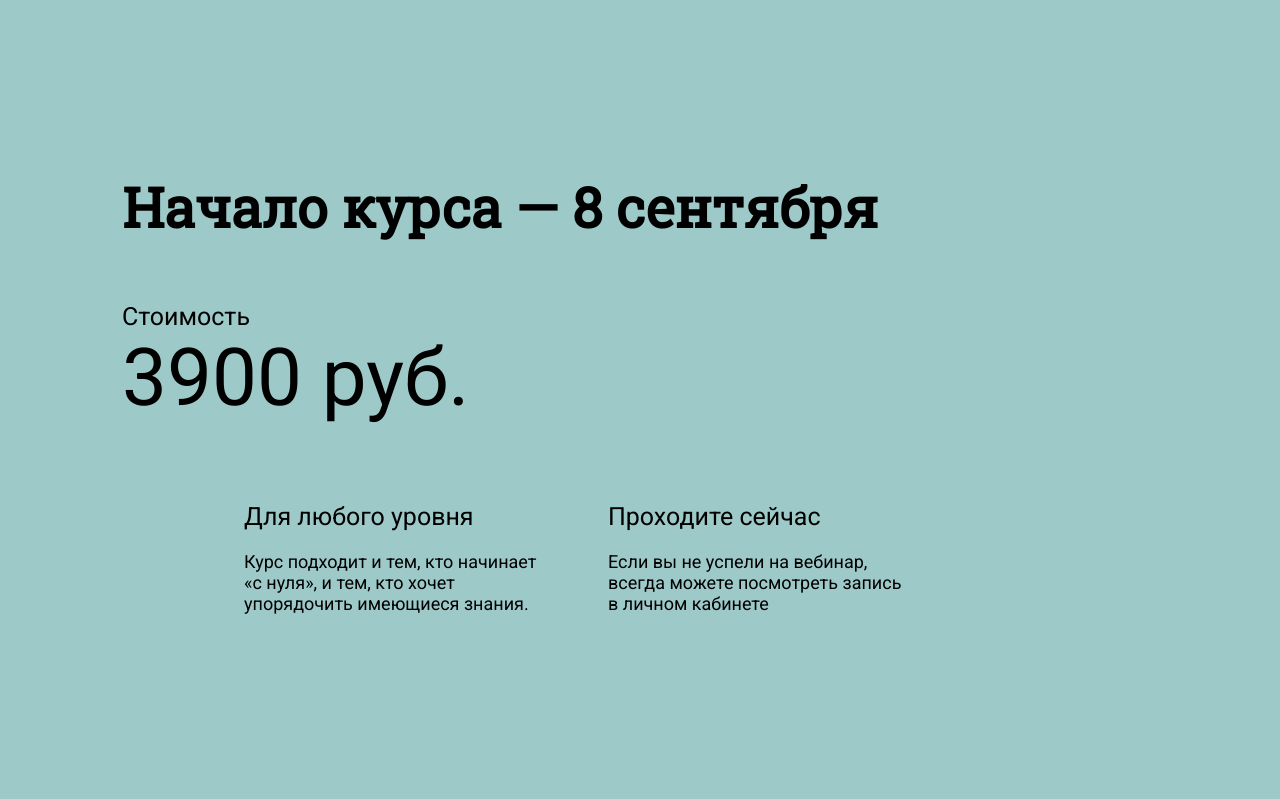
Repository: NatiqSamiyev/fiqma-task3
Page: index.html
These files come from the project's save history. The page is drawn as it stood at one moment and after the next save; the edit follows.
The browser window is 1280 px wide. The pictures show the whole page.

Above is the page before, as saved 2023-08-09 13:19:57.

### index.html
<!DOCTYPE html>
<html lang="en">
  <head>
    <meta charset="UTF-8" />
    <meta name="viewport" content="width=device-width, initial-scale=1.0" />
    <link rel="stylesheet" href="index.css" />
    <title>Document</title>
  </head>
  <body>
    <div class="container">
      <h1>Начало курса — 8 сентября</h1>
      <h2>Стоимость</h2>
      <h3>3900 руб.</h3>
      <ul>
        <li>
          <h5>Для любого уровня</h5>
          <p>
            Курс подходит и тем, кто начинает «с нуля», и тем, кто хочет
            упорядочить имеющиеся знания.
          </p>
        </li>

        <li>
          <h5>Проходите сейчас</h5>
          <p>
            Если вы не успели на вебинар, всегда можете посмотреть запись в
            личном кабинете
          </p>
        </li>
      </ul>

    </div>
  </body>
</html>

### index.css
@import url("https://fonts.googleapis.com/css2?family=Roboto+Slab&family=Roboto:wght@400;700&display=swap");
* {
  margin: 0;
  padding: 0;
  box-sizing: border-box;
}

.container {
  width: 100%;
  min-height: 100vh;
  padding: 179px 0 185px 122px;
  background: #9dc9c8;
}

.container h1 {
  /* padding: 179px 410px 0 122px; */
  margin-bottom: 69px;
  color: #000;
  font-family: Roboto Slab;
  font-size: 55px;
  font-style: normal;
  font-weight: 700;
  line-height: 101.385%;
}

.container h2 {
  /* padding: 69px 1148px 0 122px; */
  margin-bottom: 9px;
  color: #000;
  font-family: Roboto;
  font-size: 25px;
  font-style: normal;
  font-weight: 400;
  line-height: 101.385%;
}

.container h3 {
  /* padding: 9px 837px 0 122px; */
  color: #000;
  font-family: Roboto;
  font-size: 80px;
  font-style: normal;
  font-weight: 400;
  line-height: 101.385%;
}

.container ul {
  padding-left: 122px;
  display: flex;
  text-decoration: none;
}

.container ul li {
  padding: 83px 70px 0 0px;
  list-style-type: none;
}

.container h5 {
  padding-bottom: 20px;
  font-family: Roboto;
  font-size: 25px;
  font-style: normal;
  font-weight: 400;
}

.container p {
  width: 294px;
  font-family: Roboto;
  font-size: 18px;
  font-style: normal;
  font-weight: 400;
}

After the next save:
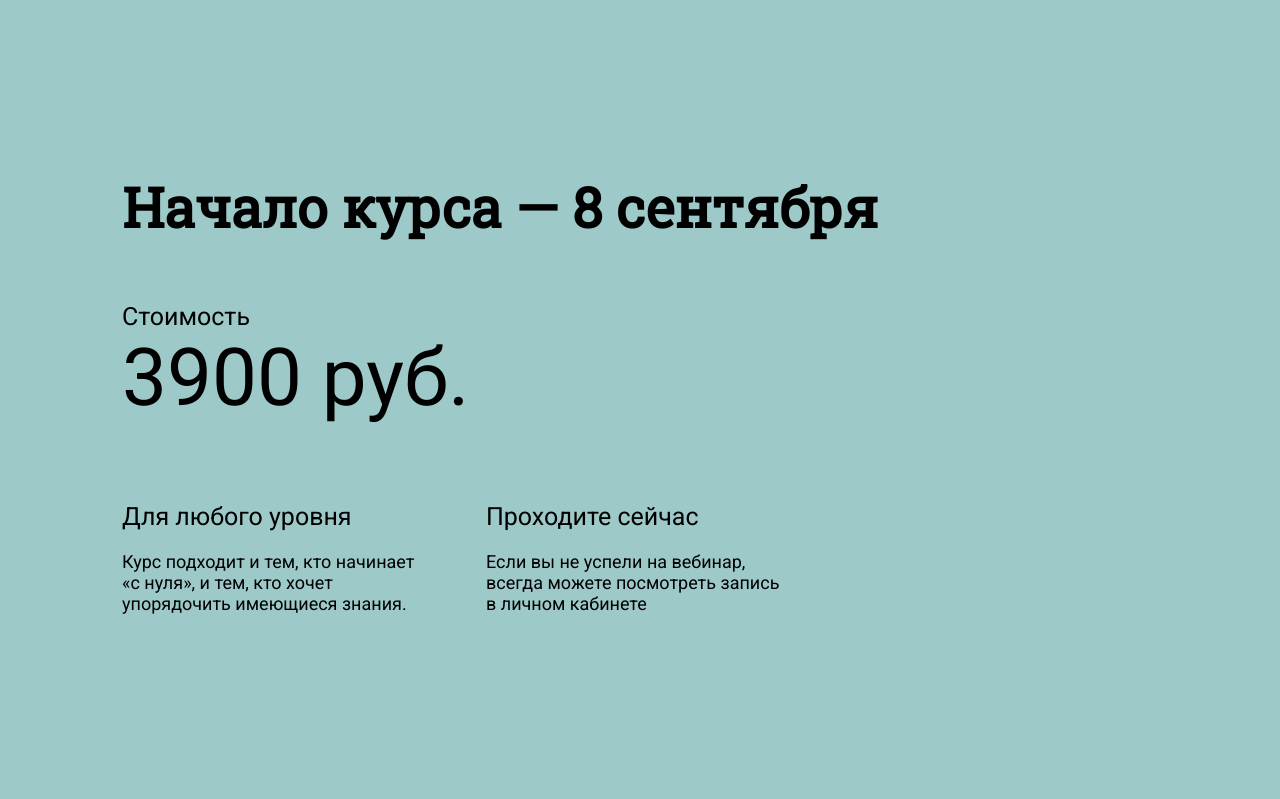
Saved 14 s later.
--- a/index.css
+++ b/index.css
@@ -45,7 +45,7 @@
 }
 
 .container ul {
-  padding-left: 122px;
+  /* padding-left: 122px; */
   display: flex;
   text-decoration: none;
 }

After the save that followed:
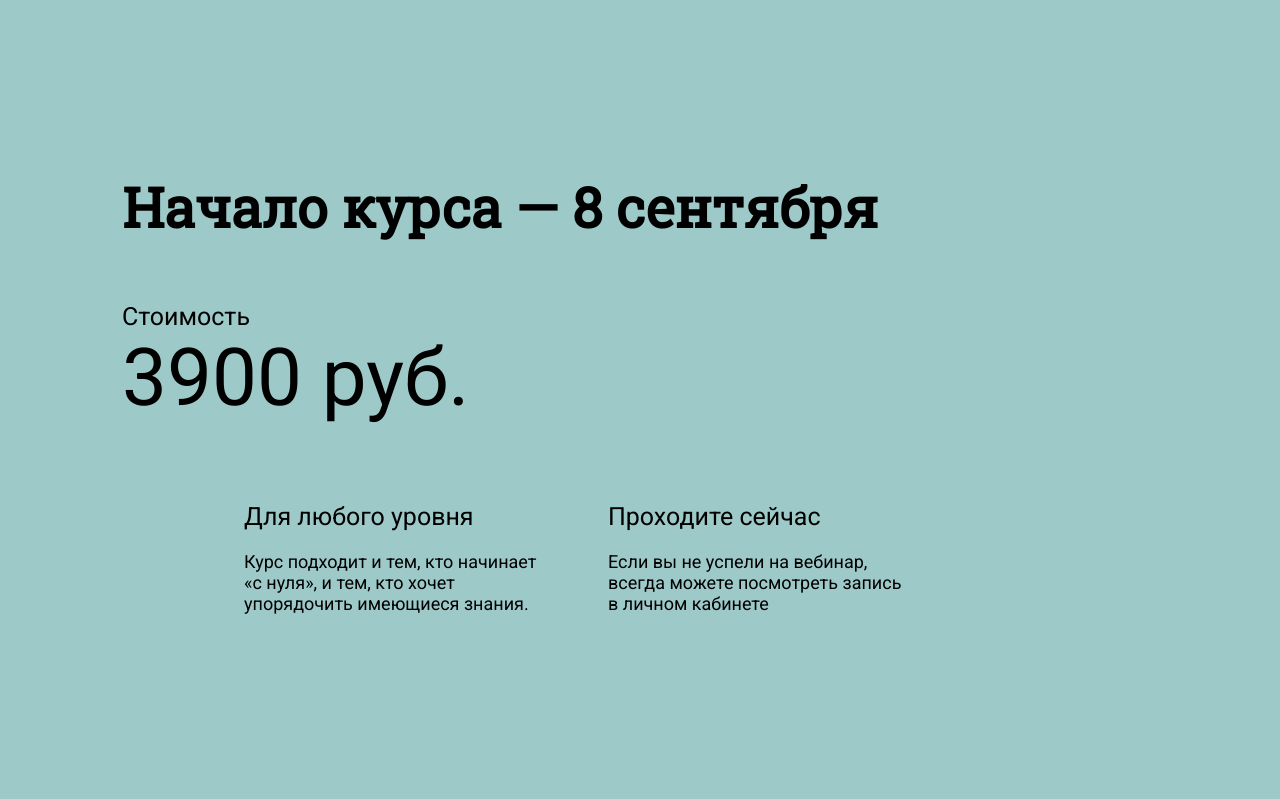
Saved 8 s later.
--- a/index.css
+++ b/index.css
@@ -45,7 +45,7 @@
 }
 
 .container ul {
-  /* padding-left: 122px; */
+  padding-left: 122px;
   display: flex;
   text-decoration: none;
 }
